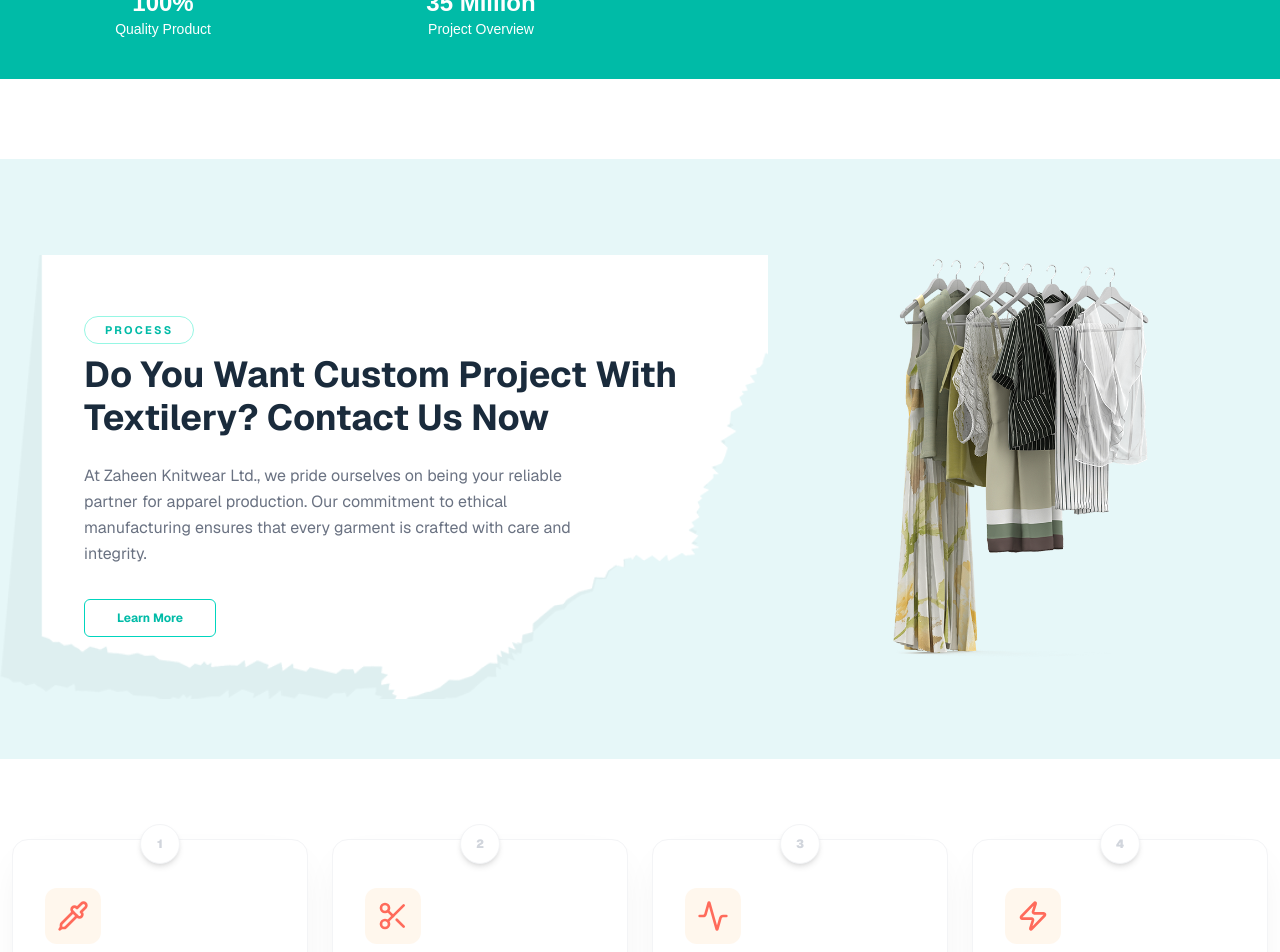
Repository: mdmuhibullahhabib/fullstack-assessment
Page: /
The author's editor kept a copy of each file at every save. The page is drawn from the files as they stood at one save, then again after a run of saves.
The browser window is 1280 px wide. The pictures show the part of the page from y = 631 to 1583 px (the page is 3145 px tall).
The project was rebuilt for these pictures with package versions that can differ from the ones it lists, and the page was loaded fresh each time. The framework's server and built-in components were replaced by stand-ins that run in the browser. Also part of the build but not shown: next.config.mjs.

Above is the page before, as saved 2025-12-27 10:30:14.

### src/app/layout.js
import { Geist, Geist_Mono } from "next/font/google";
import "./globals.css";
import Navbar from "@/components/shared/Navbar";
import Footer from "@/components/shared/Footer";

const geistSans = Geist({
  variable: "--font-geist-sans",
  subsets: ["latin"],
});

const geistMono = Geist_Mono({
  variable: "--font-geist-mono",
  subsets: ["latin"],
});

export const metadata = {
  title: "Create Next App",
  description: "Generated by create next app",
};

export default function RootLayout({ children }) {
  return (
    <html lang="en">
      <body
        className={`${geistSans.variable} ${geistMono.variable} antialiased`}
      >
        <Navbar/>
        {children}
        <Footer/>
      </body>
    </html>
  );
}

### src/app/page.js
import Apparel from "@/components/home/Apparel";
import CustomProcess from "@/components/home/CustomProcess";
import Hero from "@/components/home/hero";
import Stats from "@/components/home/Stats";


export default function Home() {
  return (
    <>
      <Hero />
      <Stats />
      <CustomProcess />
      <Apparel />
    </>
  );
}

### src/components/shared/Navbar.jsx
"use client";

import Link from "next/link";
import { Menu, X, ShoppingCart, User } from "lucide-react";
import { useState } from "react";

export default function Navbar() {
  const [open, setOpen] = useState(false);

  return (
    <header className="w-full">
      {/* ===== Top Bar ===== */}
      <div className="bg-teal-500 text-white text-sm">
        <div className="max-w-7xl mx-auto flex justify-between items-center px-4 py-2">
          <p>📍 Kashimpur, Gazipur Sadar / Gazipur</p>
          <div className="flex items-center gap-4">
            <span>📞 +880 01713-027875</span>
            <div className="flex gap-2">
              <span>f</span>
              <span>x</span>
              <span>▶</span>
              <span>📷</span>
            </div>
          </div>
        </div>
      </div>

      {/* ===== Main Navbar ===== */}
      <div className="bg-white shadow">
        <div className="max-w-7xl mx-auto flex items-center justify-between px-4 py-4">

          {/* Logo */}
          <Link href="/" className="flex items-center gap-2">
            <div className="w-10 h-10 bg-green-500 rounded flex items-center justify-center text-white font-bold">
              Z
            </div>
            <span className="font-bold text-lg text-gray-800">
              Company
            </span>
          </Link>

          {/* Desktop Menu */}
          <nav className="hidden md:flex items-center gap-8 text-gray-700 font-medium">
            <Link href="/">Home</Link>
            <Link href="/about">About Us</Link>
            <Link href="/services">Our Services</Link>
            <Link href="/products">Our Products</Link>
            <Link href="/blogs">Blogs</Link>
          </nav>

          {/* Right Actions */}
          <div className="hidden md:flex items-center gap-4">
            <ShoppingCart className="cursor-pointer" />
            <div className="w-8 h-8 bg-red-500 rounded-full flex items-center justify-center text-white">
              M
            </div>
            <Link
              href="/contact"
              className="bg-orange-500 text-white px-4 py-2 rounded"
            >
              Contact Us
            </Link>
          </div>

          {/* Mobile Menu Button */}
          <button
            onClick={() => setOpen(!open)}
            className="md:hidden"
          >
            {open ? <X /> : <Menu />}
          </button>
        </div>

        {/* ===== Mobile Menu ===== */}
        {open && (
          <div className="md:hidden bg-white border-t">
            <nav className="flex flex-col gap-4 px-4 py-4 text-gray-700">
              <Link href="/">Home</Link>
              <Link href="/about">About Us</Link>
              <Link href="/services">Our Services</Link>
              <Link href="/products">Our Products</Link>
              <Link href="/blogs">Blogs</Link>

              <div className="flex items-center gap-4 pt-4">
                <ShoppingCart />
                <User />
                <Link
                  href="/contact"
                  className="bg-orange-500 text-white px-4 py-2 rounded"
                >
                  Contact Us
                </Link>
              </div>
            </nav>
          </div>
        )}
      </div>
    </header>
  );
}

### src/components/shared/Footer.jsx
import Image from "next/image";
import Link from "next/link";

export default function Footer() {
  return (
    <footer className="bg-[#f8f8f8] border-t">
      <div className="max-w-7xl mx-auto px-4 py-12">

        {/* ===== Top Section ===== */}
        <div className="grid grid-cols-1 md:grid-cols-4 gap-10">

          {/* Logo & Contact */}
          <div className="space-y-4">
            <div className="flex items-center gap-3">
              <Image src="/logo.png" alt="logo" width={48} height={48} />
              <Image src="/logo2.png" alt="logo2" width={48} height={48} />
            </div>

            <p className="text-sm text-gray-600 flex gap-2">
              📍 29 SE 2nd Ave, Miami, FL 33131, United States
            </p>
            <p className="text-sm text-gray-600">
              ✉ info@zaheen.com
            </p>
            <p className="text-sm font-semibold">
              📞 (+92) 3942 7879
            </p>
          </div>

          {/* Pages */}
          <div>
            <h4 className="font-semibold mb-4 uppercase text-sm">Pages</h4>
            <ul className="space-y-2 text-sm text-gray-600">
              <li><Link href="#">About Us</Link></li>
              <li><Link href="#">Our Services</Link></li>
              <li><Link href="#">Our Products</Link></li>
            </ul>
          </div>

          {/* Information */}
          <div>
            <h4 className="font-semibold mb-4 uppercase text-sm">Information</h4>
            <ul className="space-y-2 text-sm text-gray-600">
              <li><Link href="#">My Account</Link></li>
              <li><Link href="#">Corporate Enquiries</Link></li>
              <li><Link href="#">FAQs</Link></li>
            </ul>
          </div>
        </div>

        {/* ===== Payment Channels (SAME ROW STYLE) ===== */}
        <div className="mt-10">
          <h4 className="font-semibold text-sm mb-4">PAYMENT CHANNELS</h4>

          <div className="flex flex-wrap gap-3">
            {[
              "visa",
              "mastercard",
              "amex",
              "bKash",
              "nagad",
              "rocket",
              "upay",
              "tap",
              "citybank",
              "bracbank",
              "easternbank",
              "standardchartered",
            ].map((logo) => (
              <div
                key={logo}
                className="bg-white border rounded-md px-4 py-2 flex items-center justify-center"
              >
                <Image
                  src={`/payments/${logo}.png`}
                  alt={logo}
                  width={48}
                  height={28}
                  className="object-contain"
                />
              </div>
            ))}
          </div>
        </div>

        {/* ===== Bottom Bar ===== */}
        <div className="border-t mt-10 pt-6 flex flex-col md:flex-row justify-between items-center gap-4 text-sm text-gray-600">

          <p>
            Copyright ©{" "}
            <span className="text-orange-500 font-medium">
              360D Soul Limited
            </span>{" "}
            2025. All rights reserved.
          </p>

          <div className="flex gap-4 text-lg">
            <span>f</span>
            <span>x</span>
            <span>📷</span>
          </div>

          <div className="flex gap-4">
            <Link href="#">Terms & Condition</Link>
            <Link href="#">Privacy & Policy</Link>
            <Link href="#">Refund Policy</Link>
          </div>
        </div>

      </div>
    </footer>
  );
}

### src/components/home/Apparel.jsx
export default function Apparel() {
  const products = [
    {
      name: "Denim Jacket",
      price: "$10.00",
      img: "https://images.unsplash.com/photo-1520975916090-3105956dac38",
    },
    {
      name: "Hoodie",
      price: "$12.00",
      img: "https://images.unsplash.com/photo-1520974735194-6c9c0c13ed3d",
    },
    {
      name: "T-Shirt",
      price: "$8.00",
      img: "https://images.unsplash.com/photo-1583743814966-8936f5b7be1a",
    },
  ];

  return (
    <section className="bg-gray-50 py-16">
      <div className="max-w-7xl mx-auto px-4">
        <h2 className="text-2xl font-bold mb-8">Our Apparels</h2>

        <div className="grid sm:grid-cols-2 md:grid-cols-3 gap-6">
          {products.map((p, i) => (
            <div key={i} className="bg-white border rounded overflow-hidden">
              <img src={p.img} className="h-56 w-full object-cover" />
              <div className="p-4">
                <h3 className="font-semibold">{p.name}</h3>
                <p className="text-sm text-gray-600">{p.price}</p>
                <button className="mt-3 w-full bg-teal-500 text-white py-2 rounded">
                  Add to Cart
                </button>
              </div>
            </div>
          ))}
        </div>
      </div>
    </section>
  );
}

### src/components/home/CustomProcess.jsx
"use client"
import Image from "next/image";
import { Scissors, Pipette, Zap, Activity, Repeat, ClipboardCheck, Box } from "lucide-react";
import bgImage from "../../../public/home/ProcessImage-1.png";
import rightImage from "../../../public/home/ProcessImage-2.png";

export default function CustomProcess() {
    const steps = [
        { number: 1, title: "Dyeing", desc: "Adding color to biodegradable materials.", icon: <Pipette className="w-8 h-8 text-[#FF6B5B]" /> },
        { number: 2, title: "Cutting", desc: "Eco-friendly clothing items for all shapes and sizes.", icon: <Scissors className="w-8 h-8 text-[#FF6B5B]" /> },
        { number: 3, title: "Sewing", desc: "Vouching for the ultimate sturdiness and durability of the fabric.", icon: <Activity className="w-8 h-8 text-[#FF6B5B]" /> },
        { number: 4, title: "Snipping of thread", desc: "A neat edge, a soft and smooth finish.", icon: <Zap className="w-8 h-8 text-[#FF6B5B]" /> },
        { number: 5, title: "Ironing", desc: "Ironing it before shipping.", icon: <Repeat className="w-8 h-8 text-[#FF6B5B]" /> },
        { number: 6, title: "Checking", desc: "Going through each clothing piece to ensure supreme quality standards are met.", icon: <ClipboardCheck className="w-8 h-8 text-[#FF6B5B]" /> },
        { number: 7, title: "Package", desc: "Folding and packing with the utmost care.", icon: <Box className="w-8 h-8 text-[#FF6B5B]" /> },
    ];

    return (
        <section className="bg-white py-20  font-sans">
            <div className=" mx-auto">

                {/* ===== TOP SECTION ===== */}
                <div className="relative bg-[#E6F7F8] overflow-hidden flex flex-col md:py-[60px]  md:flex-row items-stretch mb-20 ">

                    {/* Left Content Box (White with bgImage and Torn Edge) */}
                    <div
                        className="relative w-full md:w-[60%] p-10 mt-9 md:pl-5 md:p-1 flex flex-col justify-center items-start "
                        style={{
                            backgroundImage: `url(${bgImage.src})`,
                            backgroundSize: "cover",
                            backgroundPosition: "center",
                        }}
                    >
                        <div
                        className="ml-16"
                        >
                            <div className="mb-3">
                                <span className="px-5 py-1.5 rounded-full border border-teal-200 text-teal-500 text-[11px] font-bold uppercase tracking-[0.2em]">
                                    Process
                                </span>
                            </div>

                            <h3 className="text-3xl md:text-4xl font-bold text-[#1a2b3c] leading-[1.2] mb-6">
                                Do You Want Custom Project With Textilery? Contact Us Now
                            </h3>

                            <p className="text-gray-500 text-sm md:text-base leading-relaxed max-w-lg mb-8">
                                At Zaheen Knitwear Ltd., we pride ourselves on being your reliable partner for
                                apparel production. Our commitment to ethical manufacturing ensures that
                                every garment is crafted with care and integrity.
                            </p>

                            <button className="border-[1.5px] border-teal-400 text-teal-500 px-8 py-2.5 rounded-md font-bold text-xs hover:bg-teal-500 hover:text-white transition-all">
                                Learn More
                            </button>
                        </div>
                    </div>

                    {/* Right Content (Image of hanging clothes) */}
                    <div className="w-full md:w-[40%] relative flex items-center justify-center py-10">
                        <div className="relative w-[85%] h-[400px]">
                            <Image
                                src={rightImage}
                                alt="Clothing Preview"
                                fill
                                className="object-contain"
                                priority
                            />
                        </div>
                    </div>
                </div>

                {/* ===== PROCESS STEPS GRID ===== */}
                <div className="flex flex-wrap justify-center gap-6">
                    {steps.map((step, index) => (
                        <div
                            key={step.number}
                            className={`
                relative bg-white p-8 pt-12 rounded-2xl shadow-[0_15px_40px_-15px_rgba(0,0,0,0.1)]
                border border-gray-100 flex flex-col items-start transition-all hover:-translate-y-2
                w-full sm:w-[calc(50%-1.5rem)] lg:w-[calc(25%-1.5rem)]
                ${index >= 4 ? 'lg:translate-y-2' : ''}
              `}
                        >
                            {/* Step Number Circle */}
                            <div className="absolute -top-4 left-1/2 -translate-x-1/2 w-10 h-10 bg-white border border-gray-100 shadow-md rounded-full flex items-center justify-center text-xs font-black text-gray-300">
                                {step.number}
                            </div>

                            <div className="mb-6 bg-orange-50 p-3 rounded-xl">
                                {step.icon}
                            </div>

                            <h3 className="text-xl font-bold text-slate-800 mb-3">
                                {step.title}
                            </h3>
                            <p className="text-[14px] text-gray-500 leading-relaxed">
                                {step.desc}
                            </p>
                        </div>
                    ))}
                </div>

            </div>
        </section>
    );
}

### src/components/home/hero.jsx
export default function Hero() {
  return (
    <section className="relative bg-black text-white">
      <img
        src="https://images.unsplash.com/photo-1520975916090-3105956dac38"
        className="absolute inset-0 w-full h-full object-cover opacity-40"
      />

      <div className="relative max-w-7xl mx-auto px-4 py-28 grid md:grid-cols-2 gap-10">
        <div>
          <p className="text-sm uppercase mb-3 text-teal-400">
            Textile & Garments
          </p>
          <h1 className="text-4xl md:text-5xl font-bold mb-5">
            High-Quality Garments. <br /> Ethically Made.
          </h1>
          <p className="text-gray-300 mb-6">
            We manufacture premium garments using ethical and sustainable
            practices.
          </p>

          <div className="flex gap-4">
            <button className="bg-orange-500 px-6 py-3 rounded">
              Explore
            </button>
            <button className="border px-6 py-3 rounded">
              Contact Us
            </button>
          </div>
        </div>
      </div>
    </section>
  );
}

### src/components/home/Stats.jsx
export default function Stats() {
  const stats = [
    { title: "Quality Product", value: "100%" },
    { title: "Project Overview", value: "35 Million" },
  ];

  return (
    <section className="bg-teal-500 text-white">
      <div className="max-w-7xl mx-auto px-4 py-10 grid grid-cols-2 md:grid-cols-4 gap-6 text-center">
        {stats.map((s, i) => (
          <div key={i}>
            <h3 className="text-2xl font-bold">{s.value}</h3>
            <p className="text-sm">{s.title}</p>
          </div>
        ))}
      </div>
    </section>
  );
}

Loaded but not shown: src/app/globals.css (common file)

After the next 2 saves:
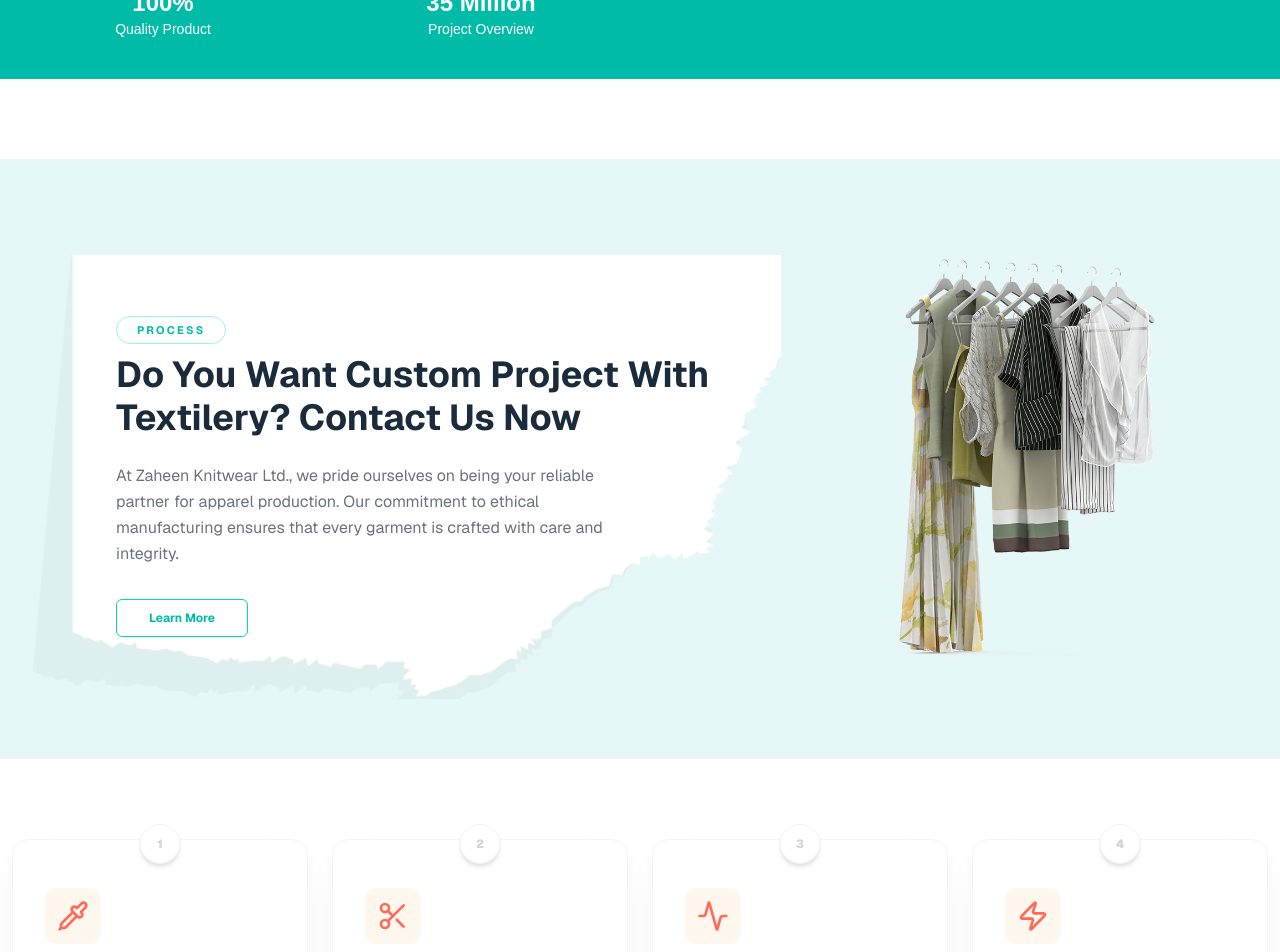
The 2 saves are shown as one change because they came seconds apart.
The last was saved 25 s later.
--- a/src/components/home/CustomProcess.jsx
+++ b/src/components/home/CustomProcess.jsx
@@ -20,7 +20,7 @@
             <div className=" mx-auto">
 
                 {/* ===== TOP SECTION ===== */}
-                <div className="relative bg-[#E6F7F8] overflow-hidden flex flex-col md:py-[60px]  md:flex-row items-stretch mb-20 ">
+                <div className="relative bg-[#E6F7F8] overflow-hidden flex flex-col md:pl-8 md:py-[60px]  md:flex-row items-stretch mb-20 ">
 
                     {/* Left Content Box (White with bgImage and Torn Edge) */}
                     <div
